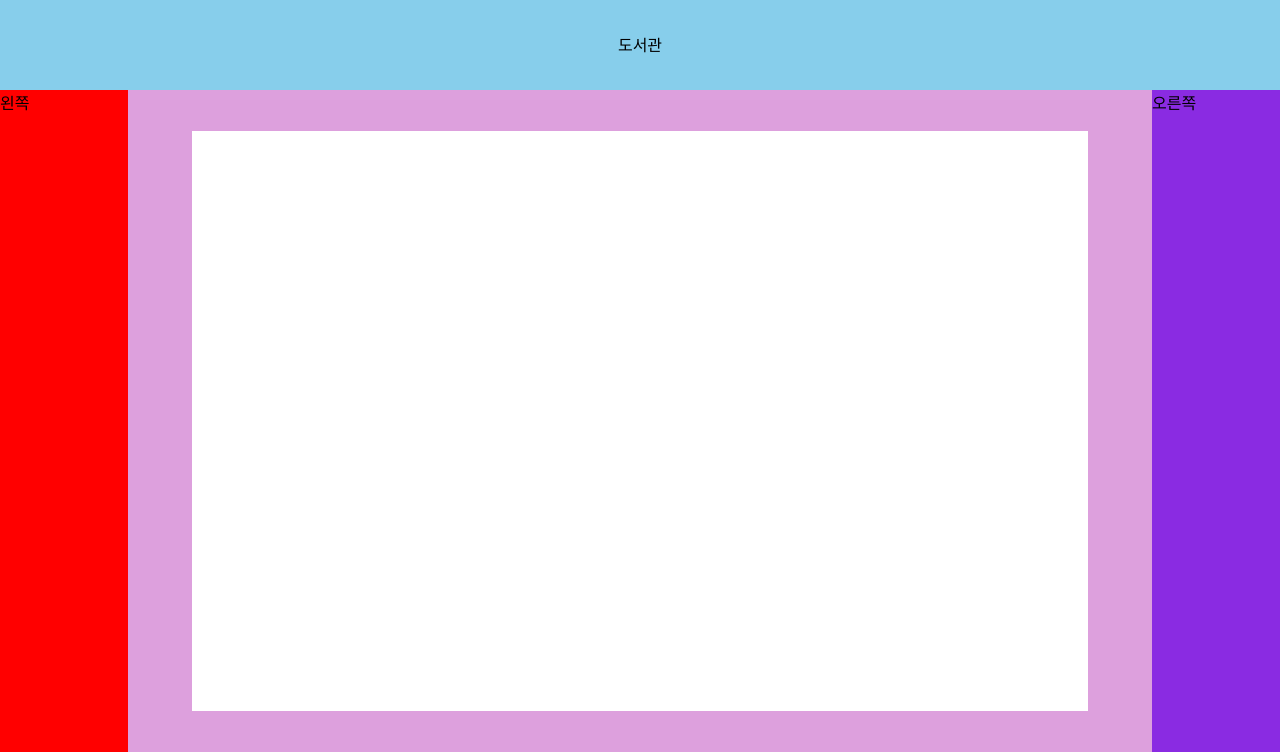
Repository: sojihwan/API_-Multi
Page: / (app in API/)
The author's editor kept a copy of each file at every save. The page is drawn from the files as they stood at one save, then again after the next save.
The browser window is 1280 px wide. The pictures show the whole page.
The project was rebuilt for these pictures with package versions that can differ from the ones it lists, and the page was loaded fresh each time. Also part of the build but not shown: API/src/App.css.

Above is the page before, as saved 2022-05-24 15:34:49.

### API/src/App.js
import "./App.css";
import Layout from "./Layout/Layout";

function App() {
  return (
    <div>
      <Layout />
    </div>
  );
}

export default App;

### API/src/Layout/layout.js
import React from "react";
import "./Layout.css";
import Section from "./Section";

function Layout() {
  return (
    <div className="layout">
      <header>도서관</header>
      <main>
        <aside>왼쪽</aside>
        <Section />
        <aside>오른쪽</aside>
      </main>
    </div>
  );
}

export default Layout;

### API/src/Layout/layout.css
.layout {
  box-sizing: border-box;
}

header {
  top: 0px;
  width: 100%;
  height: 90px;
  line-height: 90px;
  text-align: center;
  background: skyblue;
}

aside {
  top: 90px;
}

main aside:first-child {
  position: absolute;
  left: 0;
  width: 10%;
  height: 91.9%;
  background: red;
}

main {
  display: flex;
  justify-content: center;
  align-items: center;
  min-height: 91.9vh;
  background: plum;
}

main aside:last-child {
  position: absolute;
  right: 0;
  width: 10%;
  height: 91.9%;
  background: blueviolet;
}

### API/src/Layout/Section.js
import React from "react";
import "../Layout/Section.css";

function Section() {
  return (
    <div className="section">
      <div></div>
    </div>
  );
}

export default Section;

### API/src/Layout/Section.css
.section {
  width: 70%;
  padding: 290px 0;
  text-align: center;
  background: white;
}

Loaded but not shown: API/public/index.html (common file); API/src/index.js (common file); API/src/index.css (common file); API/src/reportWebVitals.js (common file)

After the next save:
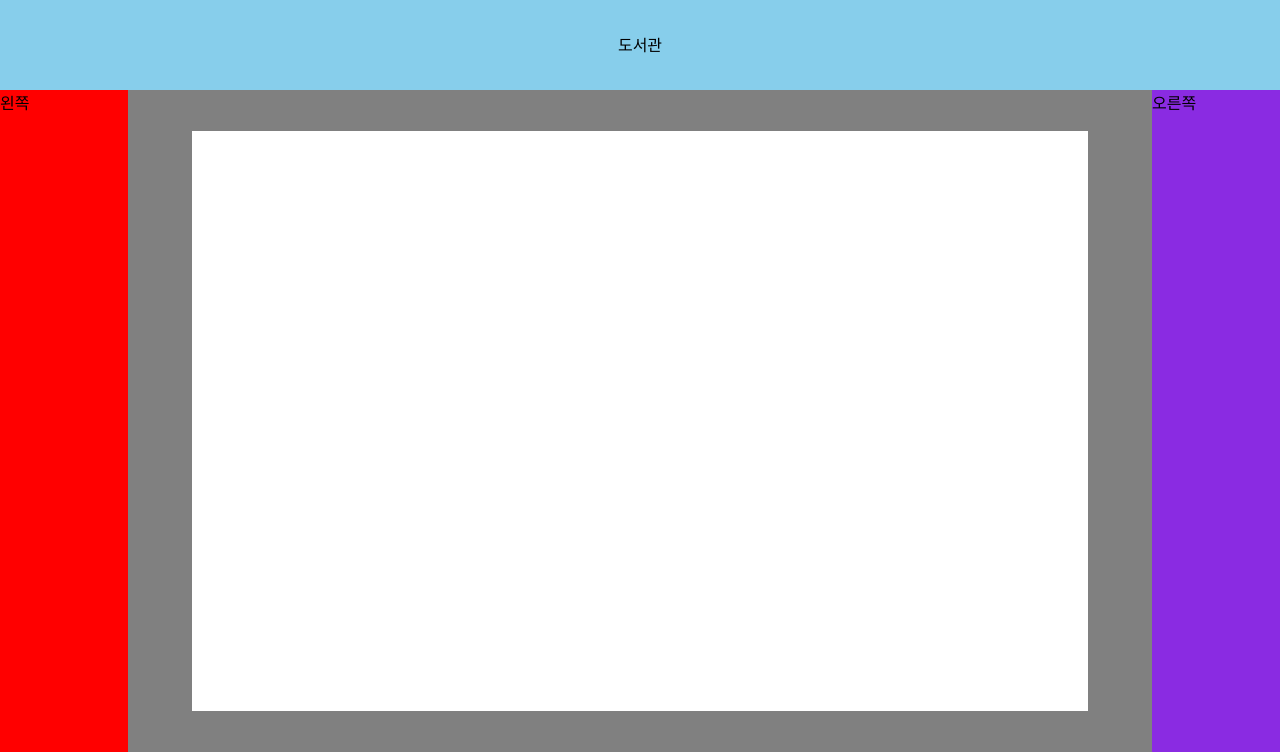
Saved 2 min 52 s later.
--- a/API/src/Layout/layout.css
+++ b/API/src/Layout/layout.css
@@ -28,7 +28,7 @@ main {
   justify-content: center;
   align-items: center;
   min-height: 91.9vh;
-  background: plum;
+  background: grey;
 }
 
 main aside:last-child {
